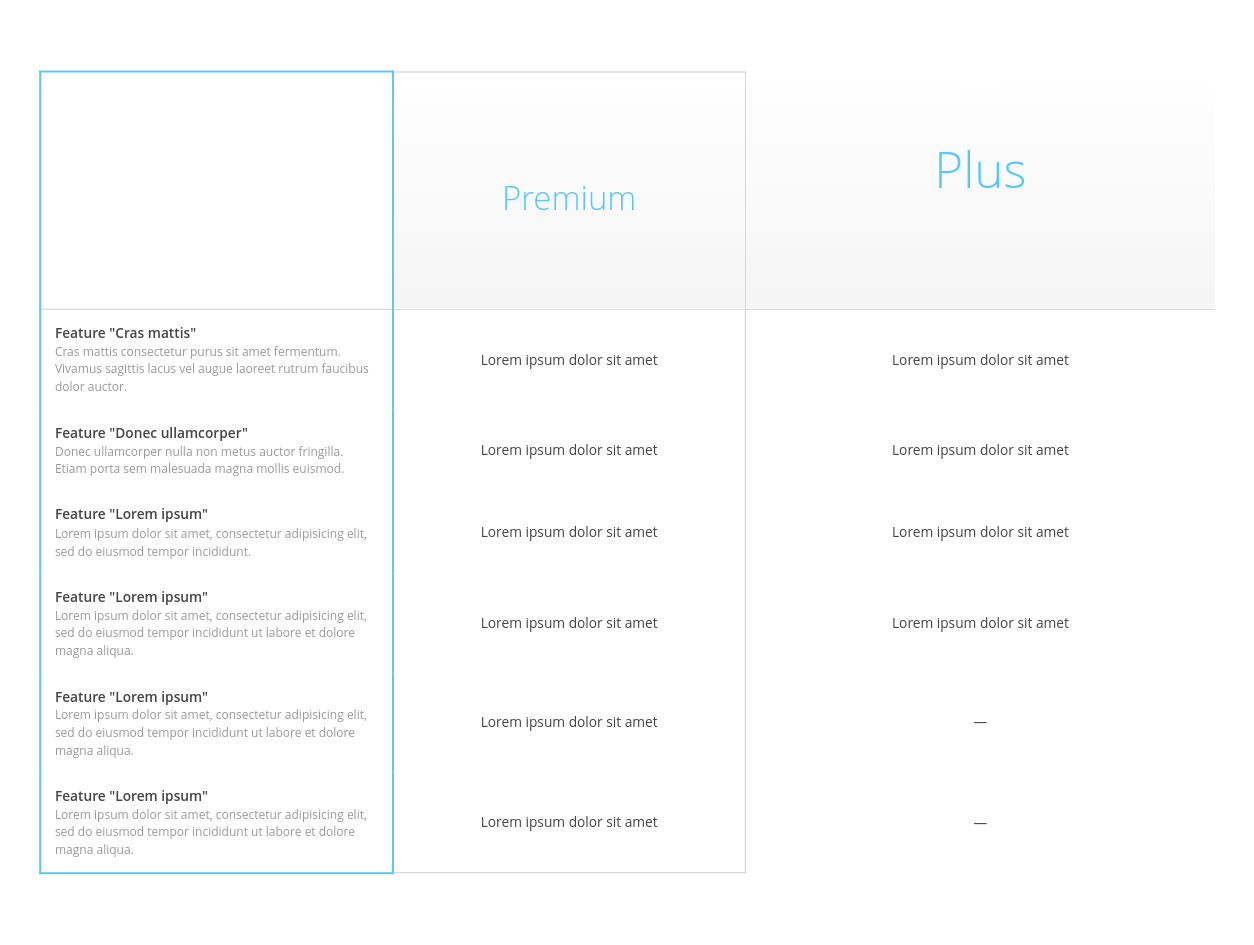
Repository: darlino/gotyu_shopify_section
Page: gotyu_table210223/index.html
The author's editor kept a copy of each file at every save. The page is drawn from the files as they stood at one save, then again after the next save.
The browser window is 1280 px wide. The pictures show the whole page, at 98% of full size.

Above is the page before, as saved 2023-02-21 12:40:12.

After the next save:
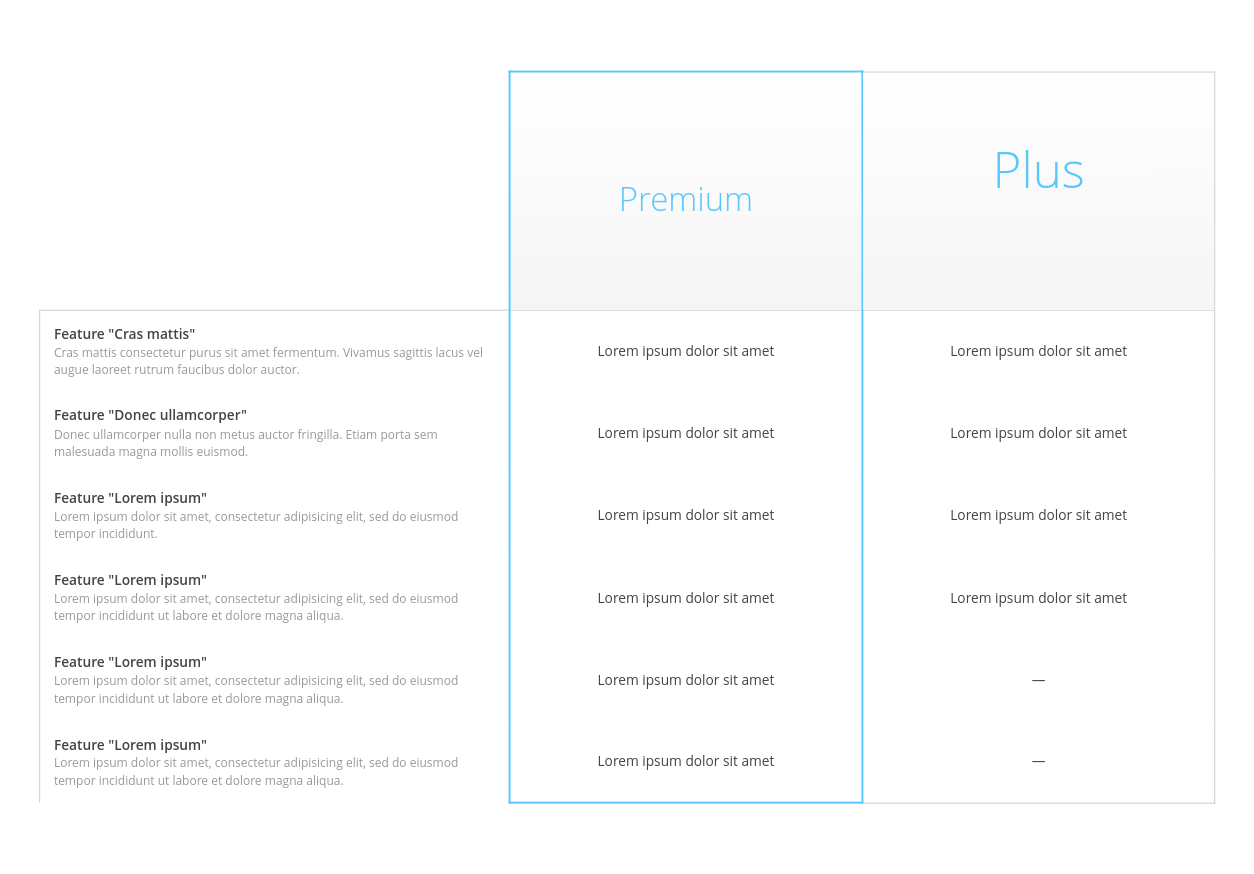
Saved 30 s later.
--- a/gotyu_table210223/style.css
+++ b/gotyu_table210223/style.css
@@ -46,13 +46,14 @@ colgroup:nth-child(1) {
   width: 40%;
   border: 0 none;
 }
-colgroup:nth-child(2) {
+colgroup:nth-child(3) {
   width: 30%;
   border: 1px solid #ccc;
 }
-colgroup:nth-child(1) {
+colgroup:nth-child(2) {
   width: 30%;
   border: 2px solid #59c7fb;
+  border-radius: 30px;
 }
 
 /* Tablehead */
